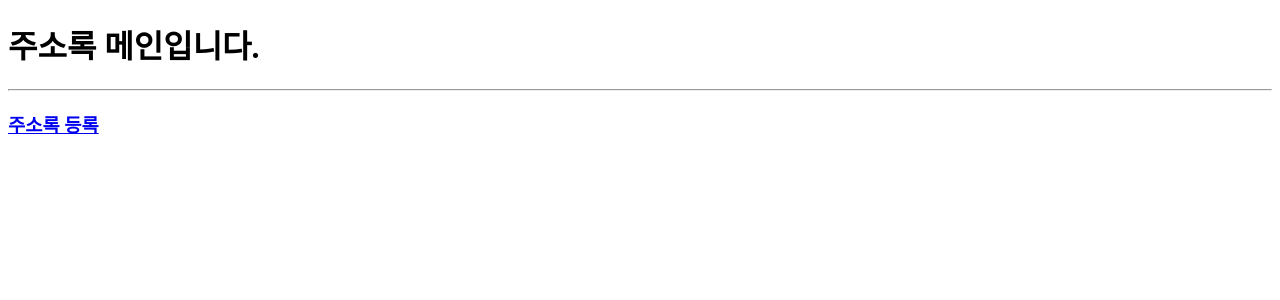
Repository: kiyongee2/kh-jsp
Page: http://localhost/AddressBook2/
The author's editor kept a copy of each file at every save. The page is drawn from the files as they stood at one save, then again after the next save.
The browser window is 1280 px wide. The pictures show the whole page.
The page is served by Tomcat 9.

Above is the page before, as saved 2023-11-22 20:13:33.

After the next save:
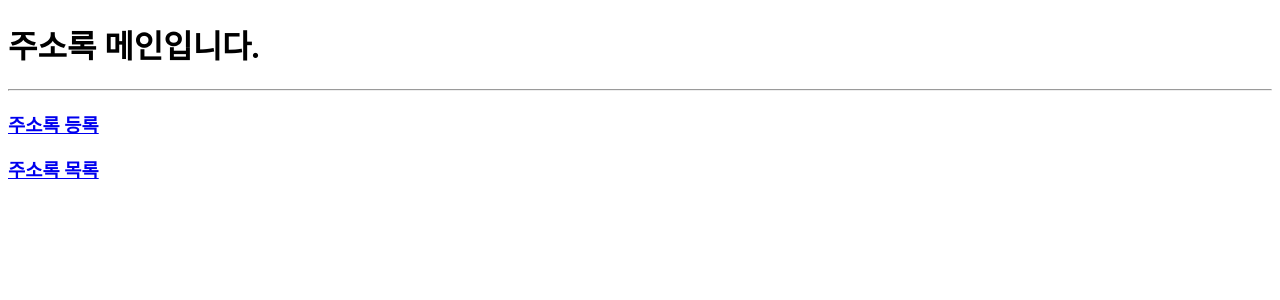
Saved 17 s later.
--- a/AddressBook2/src/main/webapp/index.jsp
+++ b/AddressBook2/src/main/webapp/index.jsp
@@ -12,6 +12,7 @@
 		<h1>주소록 메인입니다.</h1>
 		<hr>
 		<h3><a href="addressbook/addrForm.jsp">주소록 등록</a></h3>
+		<h3><a href="addressbook/addrList.jsp">주소록 목록</a></h3>
 	</div>
 </body>
 </html>
